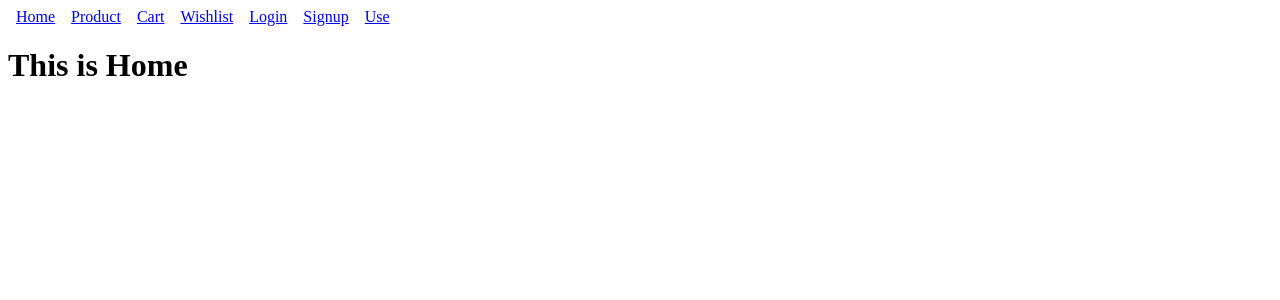
Repository: Irfan-vit/shoecase
Page: /
These files come from the project's save history. The page is drawn as it stood at one moment and after the next save; the edit follows.
The browser window is 1280 px wide. The pictures show the whole page.
The page's requests for data from a server got no answer. The project was rebuilt for these pictures with package versions that can differ from the ones it lists, and the page was loaded fresh each time. No one was signed in, and anything a server would have sent is missing. Also part of the build but not shown: src/pages/Product/ProductPage.jsx, src/pages/cart/CartPage.jsx, src/pages/wishlist/WishlistPage.jsx, src/pages/Login/LoginPage.jsx, src/pages/Signup/SignupPage.jsx, src/pages/user/User.jsx, src/components/RequiresAuth.jsx.

Above is the page before, as saved 2023-05-19 19:45:45.

After the next save:
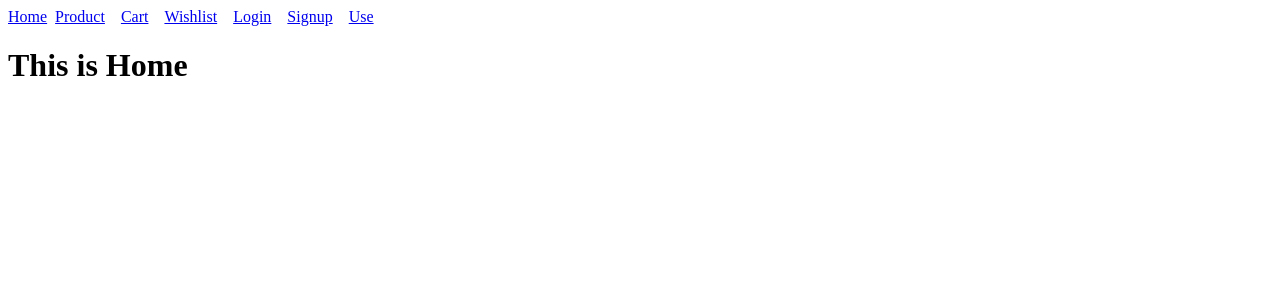
Saved 4 s later.
--- a/src/App.jsx
+++ b/src/App.jsx
@@ -25,7 +25,7 @@
   return (
     <div className="App">
       <nav>
-        <Link style={{ padding: '0.5rem' }} to="/">
+        <Link to="/">
           Home
         </Link>
         <Link to="/product" style={{ padding: '0.5rem' }}>

After the save that followed:
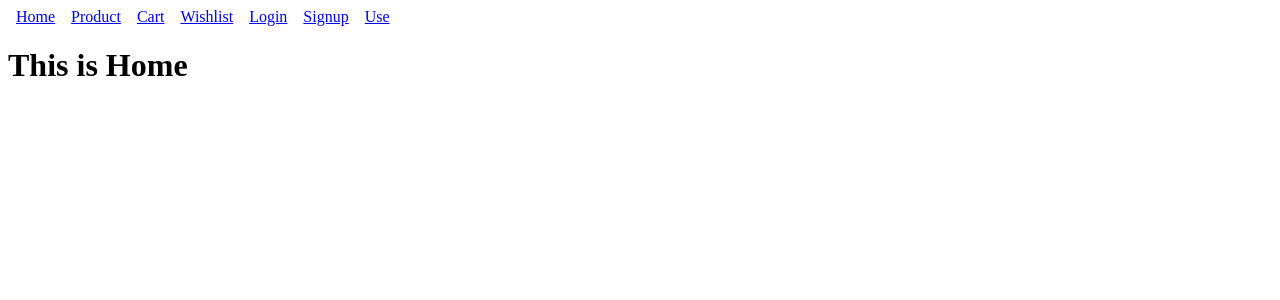
Saved 4 s later.
--- a/src/App.jsx
+++ b/src/App.jsx
@@ -25,7 +25,7 @@
   return (
     <div className="App">
       <nav>
-        <Link to="/">
+        <Link to="/" style={{ padding: '0.5rem' }}>
           Home
         </Link>
         <Link to="/product" style={{ padding: '0.5rem' }}>
